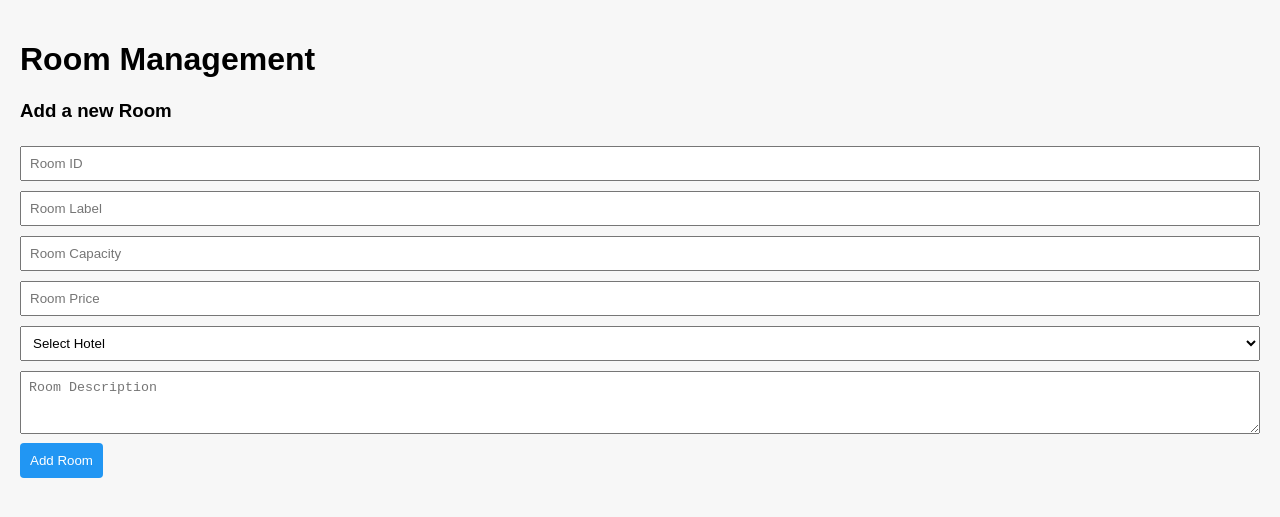
Repository: Trikisalem/examentp_jakarta
Page: http://localhost/hotel/admin/addRoom.jsp
An editor plug-in stored every save of this project. The page is shown before and after the next save, followed by the edit.
The browser window is 1280 px wide. The pictures show the whole page.
The page is served by Tomcat 10. Nobody is signed in. The application's start-up code is not run. Other server files are loaded and not shown. Queries for data that is not in the repository find no rows.

Above is the page before, as saved 2024-12-17 12:05:27.

### hotel/src/main/webapp/admin/addRoom.jsp
<%@ page language="java" contentType="text/html; charset=UTF-8" pageEncoding="UTF-8"%>
<%@ page import="java.sql.*" %>
<!DOCTYPE html>
<html lang="en">
<head>
    <meta charset="UTF-8">
    <meta name="viewport" content="width=device-width, initial-scale=1.0">
    <title>Room Management</title>
    <style>
        body {
            font-family: 'Arial', sans-serif;
            background-color: #f7f7f7;
            margin: 0;
            padding: 20px;
        }
        .form-container {
            margin: 20px 0;
        }
        .form-container input, .form-container select, .form-container textarea {
            margin: 5px 0;
            padding: 8px;
            width: 100%;
            box-sizing: border-box;
        }
        .form-container button {
            background-color: #2196F3;
            color: white;
            padding: 10px;
            border: none;
            border-radius: 4px;
            cursor: pointer;
        }
        .form-container button:hover {
            background-color: #0b7dda;
        }
    </style>
    <script>
        function showAlert(message) {
            alert(message);
        }
    </script>
</head>
<body>

<h1>Room Management</h1>

<!-- Formulaire pour ajouter une chambre -->
<div class="form-container">
    <form method="post" action="addRoom.jsp">
        <h3>Add a new Room</h3>
        <input type="number" name="id" placeholder="Room ID" required>
        <input type="text" name="label" placeholder="Room Label" required>
        <input type="number" name="capacity" placeholder="Room Capacity" required>
        <input type="number" name="price" placeholder="Room Price" required>
        <select name="hotel_id" required>
            <option value="">Select Hotel</option>
            <%
                // Variables de connexion à la base de données déclarées une seule fois
                String dbUrl = "jdbc:mysql://localhost:3306/hotel_management";
                String dbUser = "root";
                String dbPassword = "triki";
                Connection conn = null;
                Statement stmt = null;
                ResultSet rs = null;

                try {
                    Class.forName("com.mysql.cj.jdbc.Driver");
                    conn = DriverManager.getConnection(dbUrl, dbUser, dbPassword); // Connexion à la base de données
                    stmt = conn.createStatement();
                    String query = "SELECT id, name FROM Hotel";
                    rs = stmt.executeQuery(query);

                    while (rs.next()) {
                        int hotelId = rs.getInt("id");
                        String hotelName = rs.getString("name");
                        out.println("<option value='" + hotelId + "'>" + hotelName + "</option>");
                    }
                } catch (Exception e) {
                    e.printStackTrace();
                    out.println("<p>Error: " + e.getMessage() + "</p>");
                } finally {
                    if (rs != null) try { rs.close(); } catch (SQLException e) {}
                    if (stmt != null) try { stmt.close(); } catch (SQLException e) {}
                    if (conn != null) try { conn.close(); } catch (SQLException e) {}
                }
            %>
        </select>

        <textarea name="description" placeholder="Room Description" rows="3" required></textarea>

        <button type="submit">Add Room</button>
    </form>
</div>

<%
    // Ces variables doivent être déclarées une seule fois
    String dbUrl1 = "jdbc:mysql://localhost:3306/hotel_management";
    String dbUser1 = "root";
    String dbPassword1 = "triki";
    Connection conn1 = null;
    PreparedStatement stmt1 = null;

    if ("POST".equalsIgnoreCase(request.getMethod())) {
        String idStr = request.getParameter("id");
        String label = request.getParameter("label");
        String capacityStr = request.getParameter("capacity");
        String priceStr = request.getParameter("price");
        String hotelIdStr = request.getParameter("hotel_id");
        String description = request.getParameter("description");

        if (idStr == null || idStr.trim().isEmpty()) {
            out.println("<p>Error: Room ID is required.</p>");
            return;
        }

        int id = Integer.parseInt(idStr);
        int capacity = Integer.parseInt(capacityStr);
        int price = Integer.parseInt(priceStr);
        int hotelId = Integer.parseInt(hotelIdStr);

        try {
            Class.forName("com.mysql.cj.jdbc.Driver");
            conn1 = DriverManager.getConnection(dbUrl1, dbUser1, dbPassword1); // Connexion à la base de données

            String insertQuery = "INSERT INTO roomtype (id, label, capacity, price, hotel_id, description) VALUES (?, ?, ?, ?, ?, ?)";
            stmt1 = conn1.prepareStatement(insertQuery);
            stmt1.setInt(1, id);  // Utilisation de stmt1 pour l'insertion
            stmt1.setString(2, label);
            stmt1.setInt(3, capacity);
            stmt1.setInt(4, price);
            stmt1.setInt(5, hotelId);
            stmt1.setString(6, description);

            int result = stmt1.executeUpdate();
            if (result > 0) {
                response.sendRedirect("rooms.jsp");  // Redirection vers la page rooms.jsp après ajout
            } else {
                out.println("<p>Error adding room.</p>");
            }

        } catch (Exception e) {
            e.printStackTrace();
            out.println("<p>Error: " + e.getMessage() + "</p>");
        } finally {
            if (stmt1 != null) try { stmt1.close(); } catch (SQLException e) {}
            if (conn1 != null) try { conn1.close(); } catch (SQLException e) {}
        }
    }
%>

</body>
</html>

After the next save:
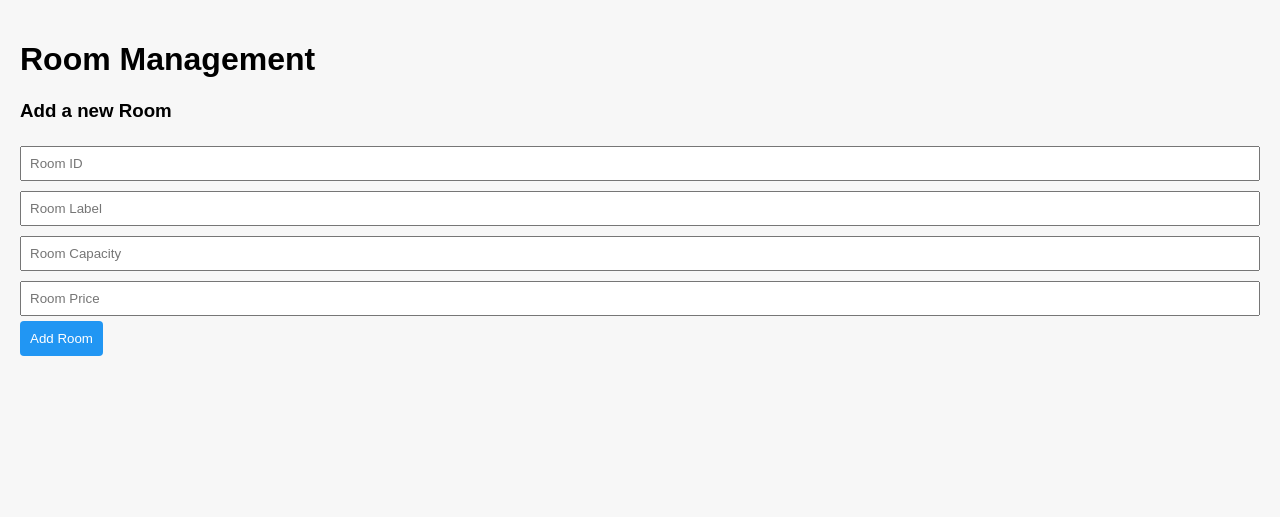
Saved 3 min 7 s later.
--- a/hotel/src/main/webapp/admin/addRoom.jsp
+++ b/hotel/src/main/webapp/admin/addRoom.jsp
@@ -34,11 +34,6 @@
             background-color: #0b7dda;
         }
     </style>
-    <script>
-        function showAlert(message) {
-            alert(message);
-        }
-    </script>
 </head>
 <body>
 
@@ -52,51 +47,16 @@
         <input type="text" name="label" placeholder="Room Label" required>
         <input type="number" name="capacity" placeholder="Room Capacity" required>
         <input type="number" name="price" placeholder="Room Price" required>
-        <select name="hotel_id" required>
-            <option value="">Select Hotel</option>
-            <%
-                // Variables de connexion à la base de données déclarées une seule fois
-                String dbUrl = "jdbc:mysql://localhost:3306/hotel_management";
-                String dbUser = "root";
-                String dbPassword = "triki";
-                Connection conn = null;
-                Statement stmt = null;
-                ResultSet rs = null;
-
-                try {
-                    Class.forName("com.mysql.cj.jdbc.Driver");
-                    conn = DriverManager.getConnection(dbUrl, dbUser, dbPassword); // Connexion à la base de données
-                    stmt = conn.createStatement();
-                    String query = "SELECT id, name FROM Hotel";
-                    rs = stmt.executeQuery(query);
-
-                    while (rs.next()) {
-                        int hotelId = rs.getInt("id");
-                        String hotelName = rs.getString("name");
-                        out.println("<option value='" + hotelId + "'>" + hotelName + "</option>");
-                    }
-                } catch (Exception e) {
-                    e.printStackTrace();
-                    out.println("<p>Error: " + e.getMessage() + "</p>");
-                } finally {
-                    if (rs != null) try { rs.close(); } catch (SQLException e) {}
-                    if (stmt != null) try { stmt.close(); } catch (SQLException e) {}
-                    if (conn != null) try { conn.close(); } catch (SQLException e) {}
-                }
-            %>
-        </select>
-
-        <textarea name="description" placeholder="Room Description" rows="3" required></textarea>
 
         <button type="submit">Add Room</button>
     </form>
 </div>
 
 <%
-    // Ces variables doivent être déclarées une seule fois
-    String dbUrl1 = "jdbc:mysql://localhost:3306/hotel_management";
-    String dbUser1 = "root";
-    String dbPassword1 = "triki";
+    // Variables de connexion à la base de données
+    String dbUrl = "jdbc:mysql://localhost:3306/hotel_management";
+    String dbUser = "root";
+    String dbPassword = "triki";
     Connection conn1 = null;
     PreparedStatement stmt1 = null;
 
@@ -105,9 +65,8 @@
         String label = request.getParameter("label");
         String capacityStr = request.getParameter("capacity");
         String priceStr = request.getParameter("price");
-        String hotelIdStr = request.getParameter("hotel_id");
-        String description = request.getParameter("description");
 
+        // Vérification des paramètres
         if (idStr == null || idStr.trim().isEmpty()) {
             out.println("<p>Error: Room ID is required.</p>");
             return;
@@ -116,20 +75,17 @@
         int id = Integer.parseInt(idStr);
         int capacity = Integer.parseInt(capacityStr);
         int price = Integer.parseInt(priceStr);
-        int hotelId = Integer.parseInt(hotelIdStr);
 
         try {
             Class.forName("com.mysql.cj.jdbc.Driver");
-            conn1 = DriverManager.getConnection(dbUrl1, dbUser1, dbPassword1); // Connexion à la base de données
+            conn1 = DriverManager.getConnection(dbUrl, dbUser, dbPassword); // Connexion à la base de données
 
-            String insertQuery = "INSERT INTO roomtype (id, label, capacity, price, hotel_id, description) VALUES (?, ?, ?, ?, ?, ?)";
+            String insertQuery = "INSERT INTO roomtype (id, label, capacity, price) VALUES (?, ?, ?, ?)";
             stmt1 = conn1.prepareStatement(insertQuery);
             stmt1.setInt(1, id);  // Utilisation de stmt1 pour l'insertion
             stmt1.setString(2, label);
             stmt1.setInt(3, capacity);
             stmt1.setInt(4, price);
-            stmt1.setInt(5, hotelId);
-            stmt1.setString(6, description);
 
             int result = stmt1.executeUpdate();
             if (result > 0) {
